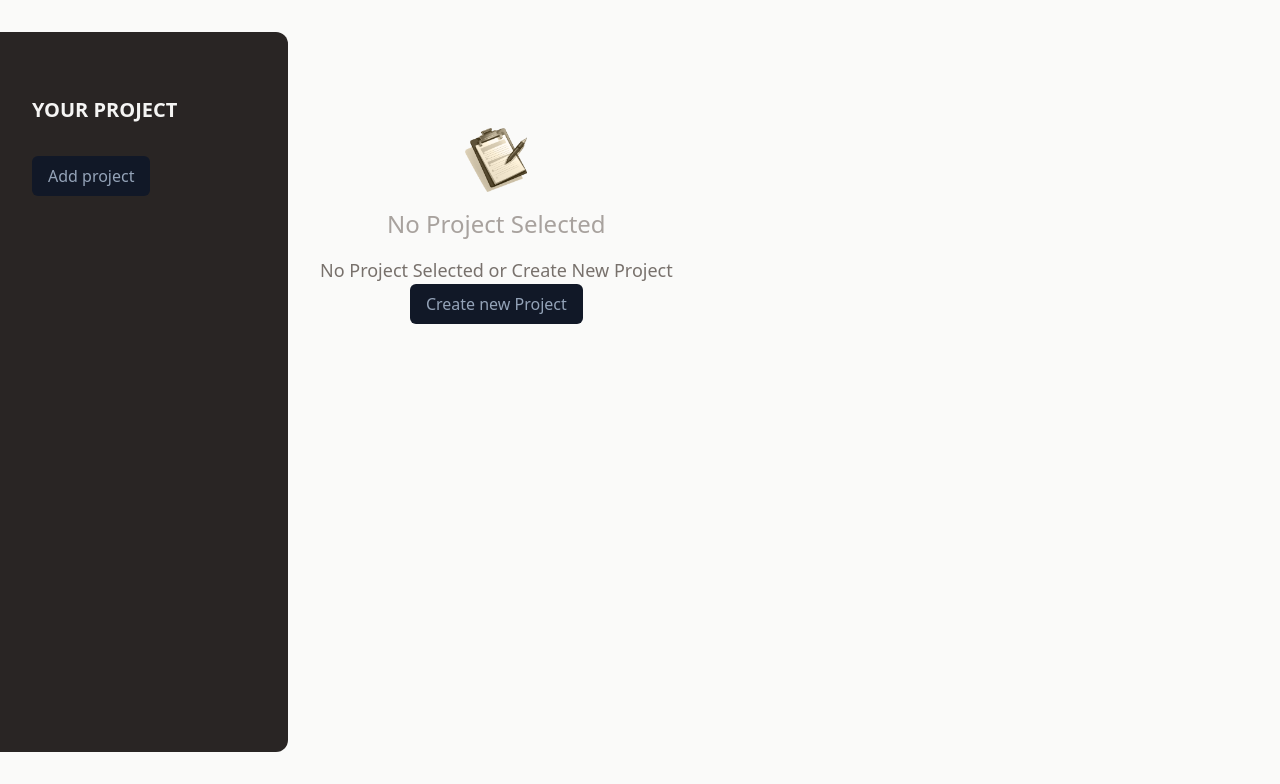
Repository: sibi24sibi/todo-list-using-reactjs
Page: /
These files come from the project's save history. The page is drawn as it stood at one moment and after the next save; the edit follows.
The browser window is 1280 px wide. The pictures show the whole page.
The project was rebuilt for these pictures with package versions that can differ from the ones it lists, and the page was loaded fresh each time. Also part of the build but not shown: vite.config.js, src/Components/Input.jsx, src/Components/NewProjects.jsx.

Above is the page before, as saved 2024-06-24 15:02:17.

After the next save:
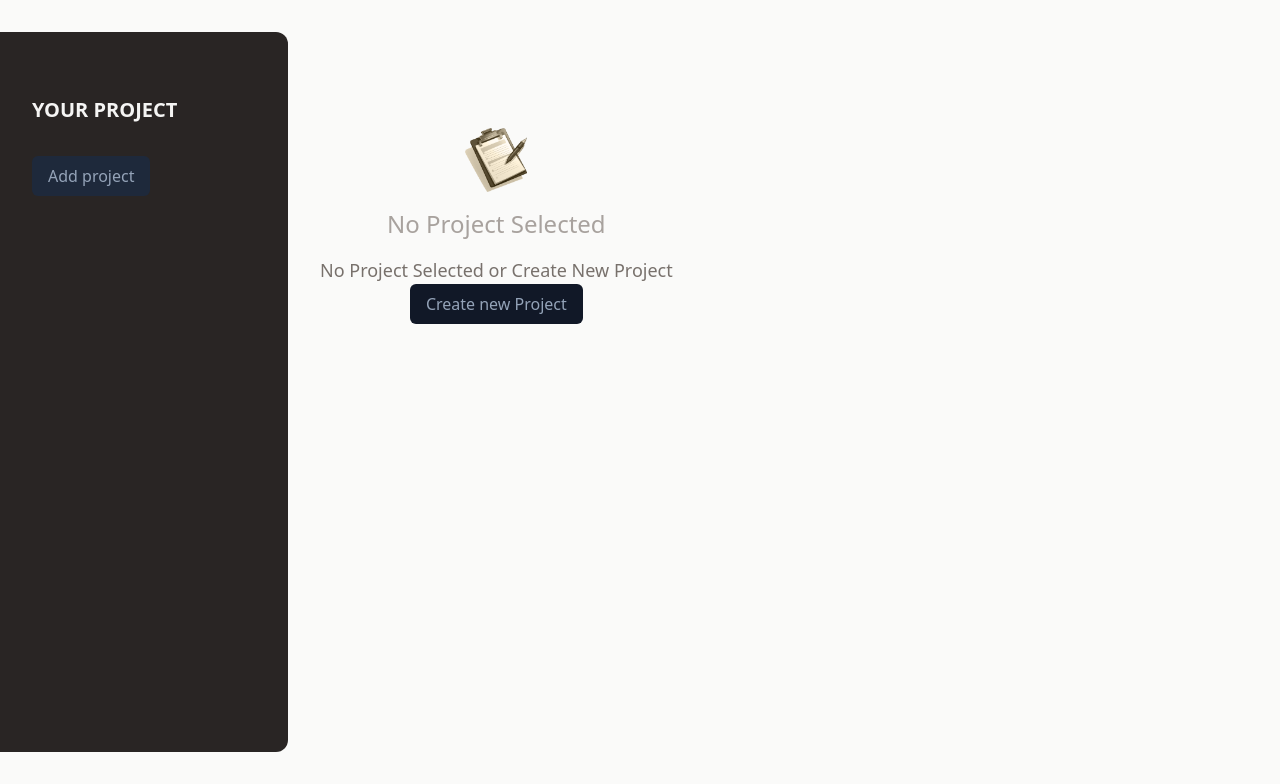
Saved 44 s later.
--- a/src/Components/SideBar.jsx
+++ b/src/Components/SideBar.jsx
@@ -7,9 +7,9 @@
         your project
       </h2>
       <div>
-        <Button className="px-4 py-2 text-slate-400 hover:text-slate-900 md:text-base rounded-md bg-slate-800 hover:bg-slate-400">
+        <button className="px-4 py-2 text-slate-400 hover:text-slate-900 md:text-base rounded-md bg-slate-800 hover:bg-slate-400">
           Add project
-        </Button>
+        </button>
       </div>
       <ul></ul>
     </aside>

After the save that followed:
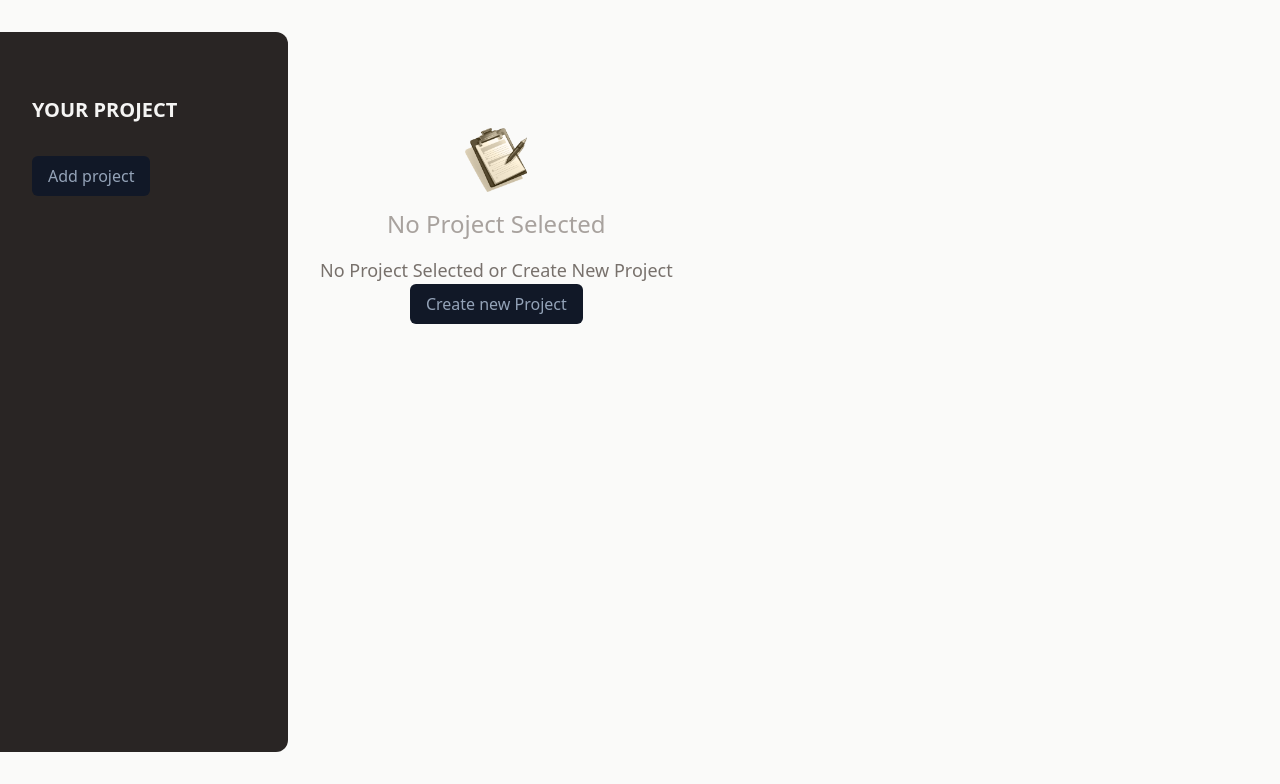
Saved 38 s later.
--- a/src/Components/SideBar.jsx
+++ b/src/Components/SideBar.jsx
@@ -7,9 +7,9 @@
         your project
       </h2>
       <div>
-        <button className="px-4 py-2 text-slate-400 hover:text-slate-900 md:text-base rounded-md bg-slate-800 hover:bg-slate-400">
+        <Button className="px-4 py-2 text-slate-400 hover:text-slate-900 md:text-base rounded-md bg-slate-800 hover:bg-slate-400">
           Add project
-        </button>
+        </Button>
       </div>
       <ul></ul>
     </aside>
